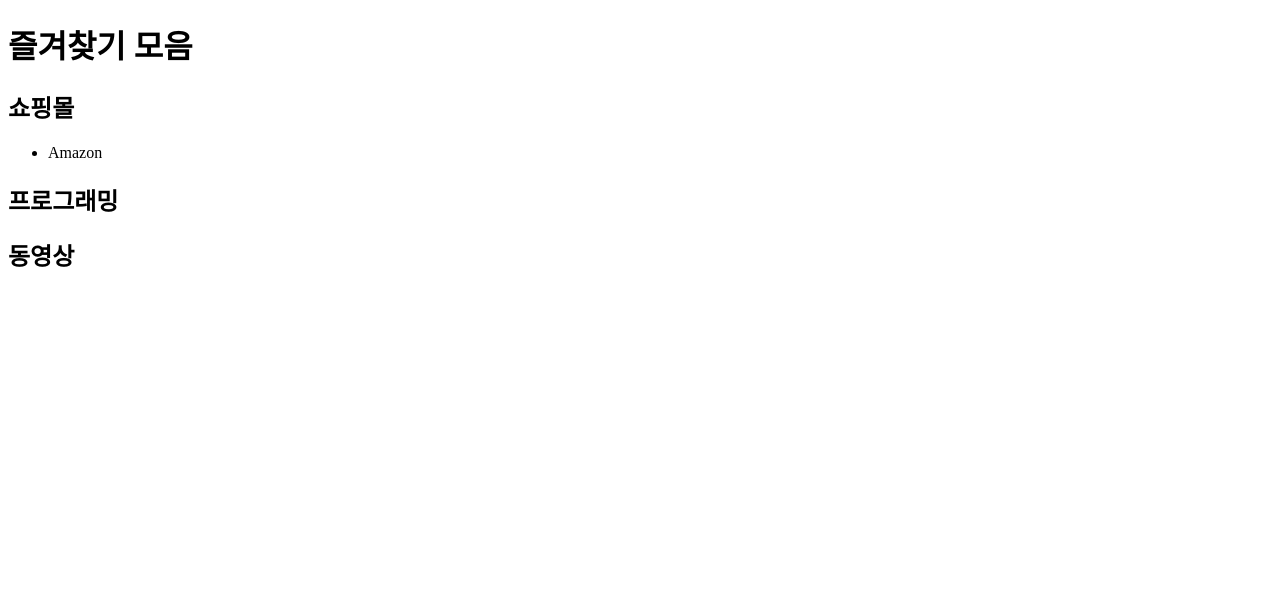
Repository: sujin9335/Front-end
Page: ClientTest/src/main/webapp/html/문제/7.html
An editor plug-in stored every save of this project. The page is shown before and after the next save, followed by the edit.
The browser window is 1280 px wide. The pictures show the whole page.

Above is the page before, as saved 2023-09-21 09:23:37.

After the next save:
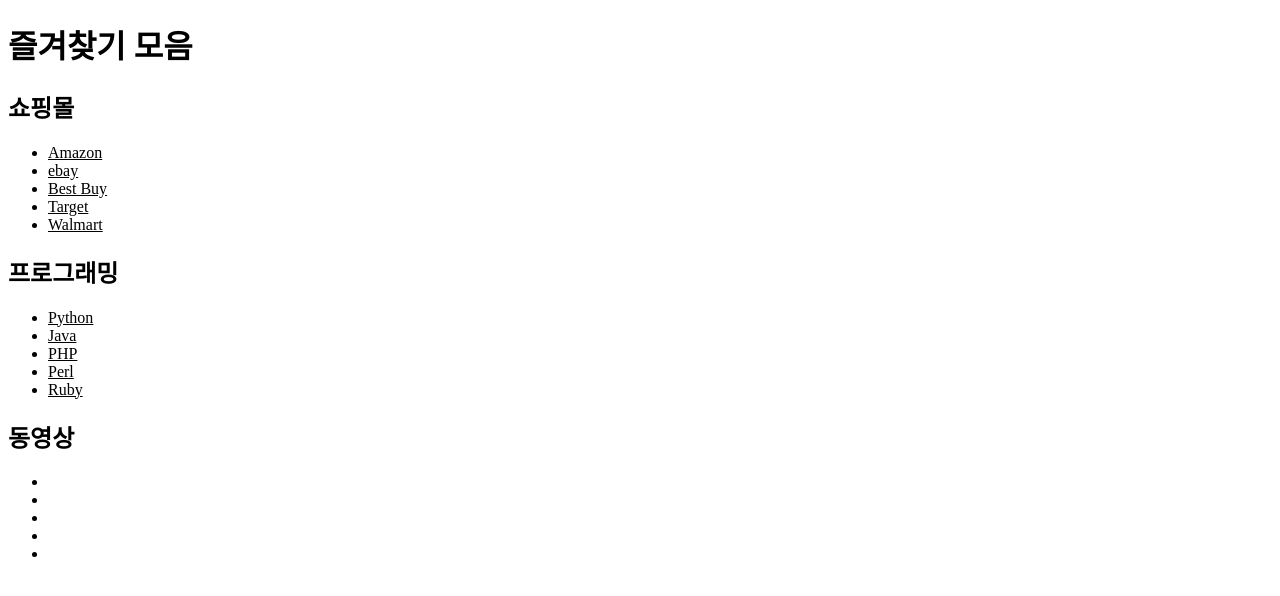
Saved 3 min 1 s later.
--- a/ClientTest/src/main/webapp/html/문제/7.html
+++ b/ClientTest/src/main/webapp/html/문제/7.html
@@ -9,12 +9,28 @@
 	<h1>즐겨찾기 모음</h1>
 	<h2>쇼핑몰</h2>
 		<ul>
-			<li>Amazon</li>
+			<li href=""><u>Amazon</u></li>
+			<li href=""><u>ebay</u></li>
+			<li href=""><u>Best Buy</u></li>
+			<li href=""><u>Target</u></li>
+			<li href=""><u>Walmart</u></li>
 		</ul>
 	<h2>프로그래밍</h2>
-
+		<ul>
+			<li href=""><u>Python</u></li>
+			<li href=""><u>Java</u></li>
+			<li href=""><u>PHP</u></li>
+			<li href=""><u>Perl</u></li>
+			<li href=""><u>Ruby</u></li>
+		</ul>
 	<h2>동영상</h2>
-
+		<ul>
+			<li href=""><u></li>
+			<li href=""></li>
+			<li href=""></li>
+			<li href=""></li>
+			<li href=""></li>
+		</ul>
 
 </body>
 </html>
